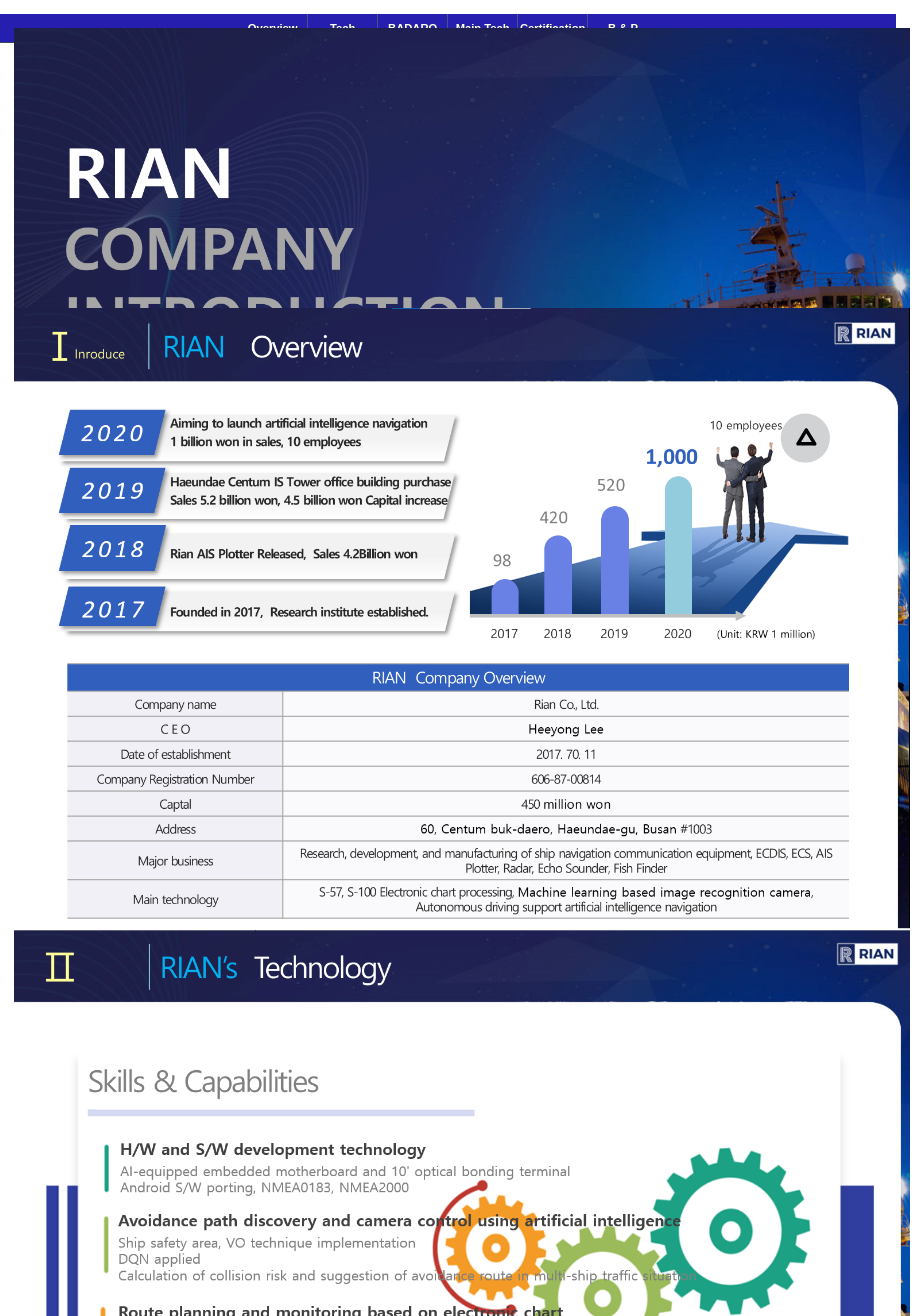
Repository: injeong-in/CompanyWeb
Page: http://localhost/RianWebSite/Rian.jsp
The author's editor kept a copy of each file at every save. The page is drawn from the files as they stood at one save, then again after the next save.
The browser window is 1280 px wide. The page is 1320 px wide, then 1280 px, so the pictures cover 1320 px, including what lies to the right of the window. The pictures show the part of the page from y = 0 to 1880 px (the page is 11111 px tall before and 11520 px after), at 70% of full size.
The page is served by Tomcat 9. Nobody is signed in. The application's start-up code is not run.

Above is the page before, as saved 2020-12-01 07:44:18.

### RianWebSite/WebContent/Rian.jsp
<%@ page language="java" contentType="text/html; charset=UTF-8"
    pageEncoding="UTF-8"%>
<!DOCTYPE html>
<html>

<head>
    <meta charset="UTF-8">
    <meta name="viewport" content="width=device-width, initial-scale=1.0">
    <title>Rian company</title>

    <!--스타일시트 등록-->
    <link rel="stylesheet" href="./css/style.css">

    <!--제이쿼리 등록-->
    <script src="../js/jquery-2.1.3.min.js">
    </script>
    <script src="../js/jquery.vide.min.js">
    </script>
    <script src="../js/jquery.scrollTo.min.js">
    </script>

    <!--제이쿼리 작성-->
    <script>

    $(document).ready(function(){
        $('nav a').click(function(e){
            $.scrollTo(this.hash||0, 280);
            e.preventDefault();
        });
        $('#btn_gotop').click(function(e){
            $.scrollTo(this.hash||0, 280);
            e.preventDefault();
        });
    });

    $(function () {
            var trigger = $('#trigger');
            var menu = $('nav ul');
            $(trigger).on('click', function(e) {
                e.preventDefault();
                menu.slideToggle();
            });
            $(window).resize(function () {
                var w = $(window).width();
                if(w>320 && menu.is(':hidden')) {
                    menu.removeAttr('style');
                }
            });
        });
    </script>
    <!--제이쿼리 작성 끝-->

</head>


<body>

	<div id="container">

	    <!-- 네비게이션 -->
	    <nav class="clearfix">
	        <ul class="clearfix">
	            <li onclick="location.href='../ViewPage/main.jsp'"><a href="">Overview</a></li>
	            <li onclick="location.href='../Movie/login.jsp'"><a href="">Tech</a></li>
	            <li onclick="location.href='../Movie/memberJoin.jsp'"><a href="">BADARO</a></li>
	            <li><a href="#1">Main Tech</a></li>
	            <li><a href="#2">Certification</a></li>
	            <li><a href="#3">B & P</a></li>
	        </ul>
	        <a href="" id="trigger"></a>
	    <!-- 네비게이션 끝 -->
	    </nav>

	 <section style="margin-top: 20px; ">
		<!--본문-->
	    <%for(int i=1; i<14; i++) { %>
	    <div id="container" class="page<%=i%>">
	    <img src="./images/<%=i%>.png" style="width: 100%;">
	    </div>
	    <% } %>
	    <!--본문 끝-->
     </section>

    	<!--최상단 이동-->
	    <a href="#5" id="btn_gotop" class="btn_gotop">
	    	<img src="../images/topbutton.png" style="width:80px; display: block; margin: 240px; ">
		  	<span class="glyphicon glyphicon-chevron-up">
		  	</span>
		</a>
		<!--이동 끝-->
	</div>
</body>
</html>

### RianWebSite/WebContent/css/style.css
/* CSS리셋 */

html, body, div, span, applet, object, iframe,
h1, h2, h3, h4, h5, h6, p, blockquote, pre,
a, abbr, acronym, address, big, cite, code,
del, dfn, em, img, ins, kbd, q, s, samp,
small, strike, strong, sub, sup, tt, var,
b, u, i, center,
dl, dt, dd, ol, ul, li,
fieldset, form, label, legend,
table, caption, tbody, tfoot, thead, tr, th, td,
article, aside, canvas, details, embed,
figure, figcaption, footer, header, hgroup,
menu, nav, output, ruby, section, summary,
time, mark, audio, video {
  margin: 0;
  padding: 0;
  border: 0;
  font-size: 100%;
  font: inherit;
  vertical-align: baseline;
}
/* HTML5 display-role reset for older browsers */
article, aside, details, figcaption, figure,
footer, header, hgroup, menu, nav, section {
  display: block;
}
body {
  line-height: 1;
}
ol, ul {
  list-style: none;
}
blockquote, q {
  quotes: none;
}
blockquote:before, blockquote:after,
q:before, q:after {
  content: '';
  content: none;
}

table {
  border-collapse: collapse;
  border-spacing: 0;
}


.container div a {
    margin-left: 20px;
}

nav {
    height: 40px;
    width: 100%;
    background: rgb(37, 30, 174);
    font-size: 1em;
    font-family: Arial, sans-serif;
    font-weight: bold;
    position: fixed;
    border-bottom: 2px solid #34495e;
}

nav ul {
    padding: 0;
    margin:0 auto;
    width: 600px;
    height: 40px;
}

nav li {
    display: inline;
    float: left;

}

.clearfix:before,
.clearfix:after {
    content: " ";
    display: table;
}

.clearfix:after {
    clear: both;
}

.clearfix {
    zoom: 1;
}


nav a {
    color: #fff;
    display: inline-block;
    width: 100px;
    text-align: center;
    text-decoration: none;
    line-height: 40px;
    text-shadow: 1px 1px 0px #283744;

}

nav li a {
    border-right: 1px solid #576979;
    box-sizing: border-box;
    -moz-box-sizing: border-box;
    -webkit-box-sizing: border-box;
}

nav li:last-child a {
    border-right: 0;
}

nav a:hover, nav a:active {
    background-color: rgb(128, 128, 128);
}

nav a#trigger {
    display: none;
}

@media screen and (max-width:600px) {
    nav {
        height: auto;

    }

    nav ul {
        width: 100%;
        display: block;
        height: auto;

    }

    nav li {
        width: 50%;
        float: left;
        position: relative;
    }

    nav li a {
        border-bottom: 1px solid #576979;
        border-right: 1px solid #576979;
    }

    nav a {
        text-align: left;
        width: 100%;
        text-indent: 25px;
    }
}

@media screen and (max-width:320px) {
    nav {
        border-bottom: 0;
    }

    nav ul {
        display: none;
        height: auto;
    }

    nav li {
        display: block;
        float: none;
        width: 100%;
    }

    nav li a {
        border-bottom: 1px solid #576979;
    }


    nav a#trigger {
        display: block;
        background-color: #283744;
        width: 100%;
        position: relative;
    }

    nav a#trigger:after {
        content:"";
        background: url('nav.png') no-repeat;
        width: 30px;
        height: 30px;
        display: inline-block;
        position: absolute;
        right: 15px;
        top: 10px;
    }


}
    section {
        position:relative;
        width:100%;
        margin: 0 auto;
        padding: 20px;
        height: 400px;
    }


    .btn_gotop {
	  position: fixed;
	  right: 2%;
	  bottom: 2%;
	  width: 30%;
	  height: 50%;
	  line-height: 40px;
	  display: block;
	}

	.page1 {
		height: 100%;
		background-repeat: no-repeat;
	}
	/* .page3 {
		background-color: fuchsia;
	}
	.page4 {
		background-image: url("./images/footer.png");
		height: 40px;
	}
	.page5 {
		background-image: url("./images/footer2.png");
		background-color: white;
		height: 100px;
	} */

Loaded but not shown: RianWebSite/WebContent/js/jquery-2.1.3.min.js (library); RianWebSite/WebContent/js/jquery.vide.min.js (library); RianWebSite/WebContent/js/jquery.scrollTo.min.js (common file)

After the next save:
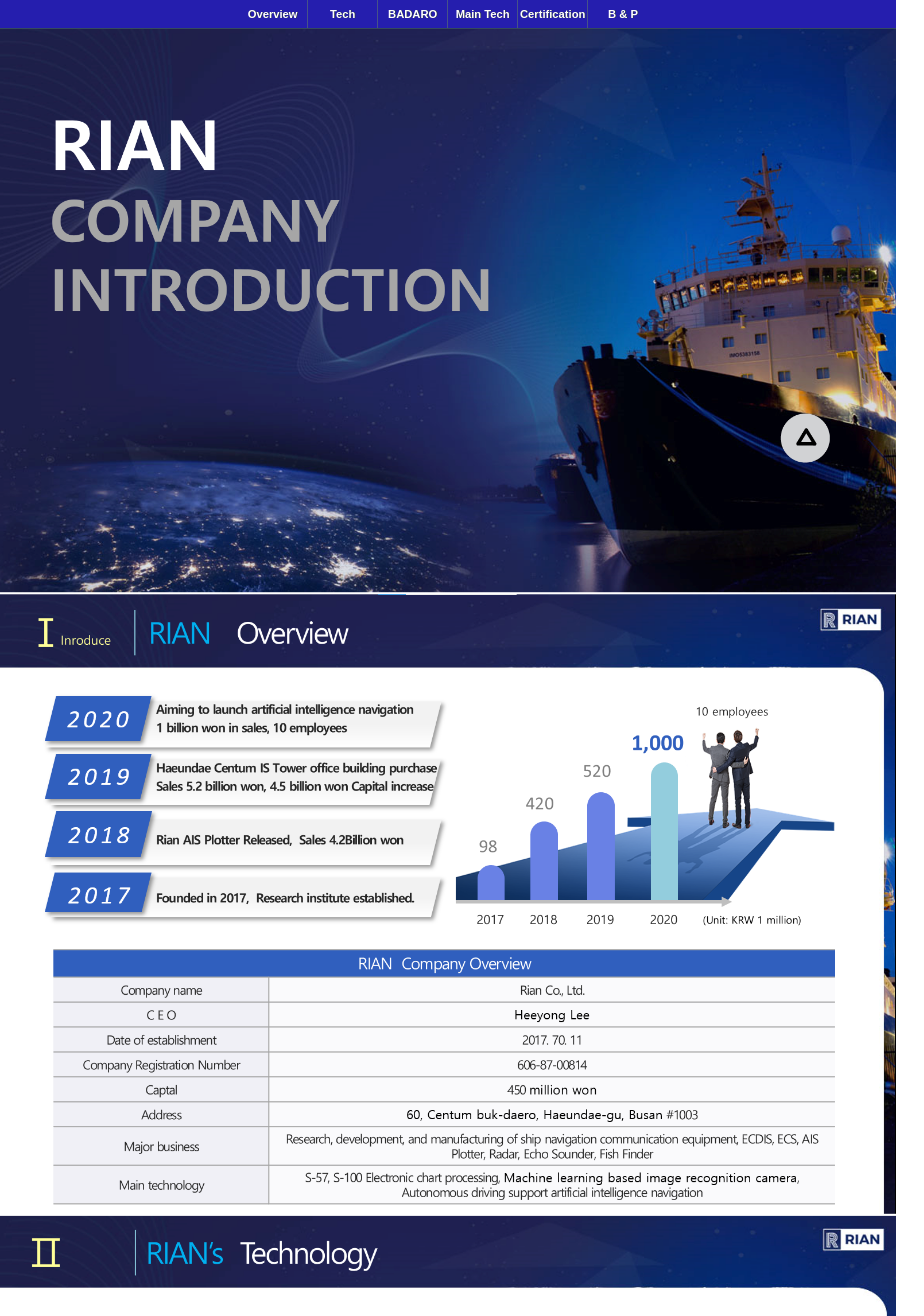
Saved 34 s later.
--- a/RianWebSite/WebContent/Rian.jsp
+++ b/RianWebSite/WebContent/Rian.jsp
@@ -71,7 +71,6 @@
 	    <!-- 네비게이션 끝 -->
 	    </nav>
 
-	 <section style="margin-top: 20px; ">
 		<!--본문-->
 	    <%for(int i=1; i<14; i++) { %>
 	    <div id="container" class="page<%=i%>">
@@ -79,7 +78,6 @@
 	    </div>
 	    <% } %>
 	    <!--본문 끝-->
-     </section>
 
     	<!--최상단 이동-->
 	    <a href="#5" id="btn_gotop" class="btn_gotop">
